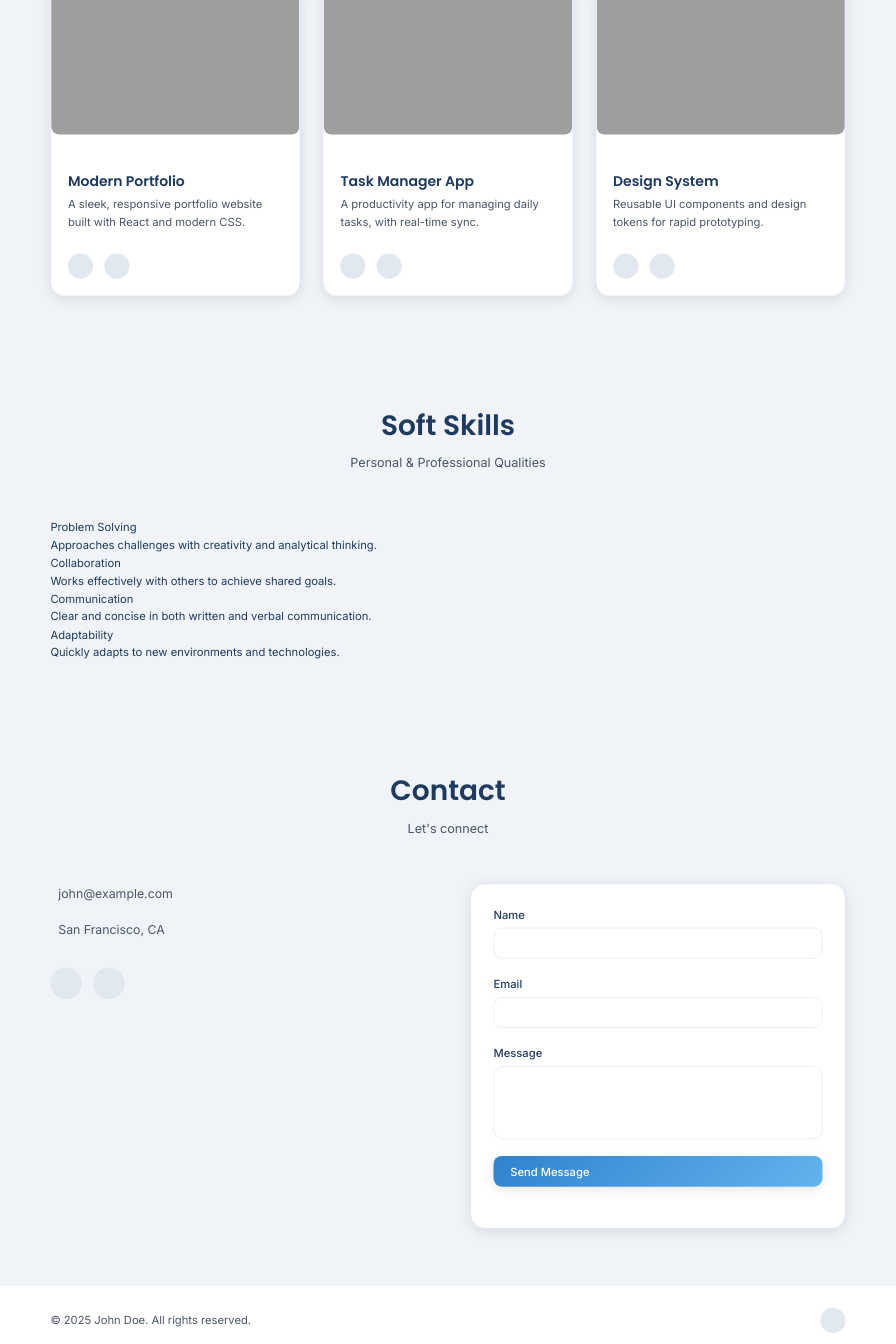
Repository: TharunPathakamuri/Portfolio
Page: index.html
An editor plug-in stored every save of this project. The page is shown before and after the next save, followed by the edit.
The browser window is 1280 px wide. The pictures show the part of the page from y = 2516 to 4436 px (the page is 4436 px tall before and 4416 px after), at 70% of full size.
Pictures or frames that could not be fetched are drawn as grey boxes.

Above is the page before, as saved 2025-07-04 23:37:00.

### index.html
<!DOCTYPE html>
<html lang="en">
  <head>
    <meta charset="UTF-8" />
    <meta name="viewport" content="width=device-width, initial-scale=1.0" />
    <title>Tharun Pathakamuri - Portfolio</title>
    <meta
      name="description"
      content="Personal Portfolio - Modern Web Developer"
    />

    <!-- Google Fonts -->
    <link rel="preconnect" href="https://fonts.googleapis.com" />
    <link rel="preconnect" href="https://fonts.gstatic.com" crossorigin />
    <link
      href="https://fonts.googleapis.com/css2?family=Inter:wght@300;400;500;600;700&family=Poppins:wght@300;400;500;600;700&display=swap"
      rel="stylesheet"
    />

    <!-- Lucide Icons -->
    <link
      rel="stylesheet"
      href="https://cdn.jsdelivr.net/npm/lucide-static@0.292.0/font/lucide.css"
    />

    <!-- Custom CSS -->
    <link rel="stylesheet" href="styles.css" />
    <link rel="shortcut icon" href="favicon.ico" type="image/x-icon" />
  </head>
  <body>
    <!-- Navigation -->
    <nav class="navbar" id="navbar">
      <div class="container">
        <div class="nav-content">
          <div class="nav-logo">
            <h3>Portfolio</h3>
          </div>

          <ul class="nav-menu" id="nav-menu">
            <li><a href="#home" class="nav-link">Home</a></li>
            <li><a href="#about" class="nav-link">About</a></li>
            <li><a href="#skills" class="nav-link">Skills</a></li>
            <li><a href="#projects" class="nav-link">Projects</a></li>
            <li><a href="#experience" class="nav-link">Experience</a></li>
            <li><a href="#contact" class="nav-link">Contact</a></li>
          </ul>

          <div class="nav-actions">
            <button
              class="theme-toggle"
              id="theme-toggle"
              aria-label="Toggle dark mode"
            >
              <i class="lucide lucide-moon"></i>
            </button>

            <button
              class="mobile-menu-toggle"
              id="mobile-menu-toggle"
              aria-label="Toggle mobile menu"
            >
              <i class="lucide lucide-menu"></i>
            </button>
          </div>
        </div>
      </div>
    </nav>

    <!-- Hero Section -->
    <section id="home" class="hero">
      <div class="container">
        <div class="hero-content">
          <div class="hero-text">
            <div class="hero-greeting">
              <span class="wave">👋</span> Hello, I'm
            </div>

            <h1 class="hero-title">
              <span class="name">Tharun Sai Charan Pathakamuri</span>
              <span class="title">Junior Web Developer</span>
            </h1>

            <p class="hero-description">
              I create beautiful, functional, and user-centered digital
              experiences. Passionate about clean code, modern design, and
              innovative solutions.
            </p>

            <div class="hero-actions">
              <button
                class="btn btn-primary"
                onclick="scrollToSection('contact')"
              >
                <i class="lucide lucide-mail"></i>
                Get In Touch
              </button>

              <a
                href="THARUN_PATHAKAMUR_RESUME.pdf"
                class="btn btn-secondary"
                download
              >
                <i class="lucide lucide-download"></i>
                Download Resume
              </a>
            </div>

            <div class="hero-social">
              <a
                href="https://github.com/TharunPathakamuri"
                target="_blank"
                rel="noopener noreferrer"
                class="social-link"
              >
                <i class="lucide lucide-github"></i>
              </a>
              <a
                href="https://www.linkedin.com/in/tharun-pathakamuri/"
                target="_blank"
                rel="noopener noreferrer"
                class="social-link"
              >
                <i class="lucide lucide-linkedin"></i>
              </a>
            </div>
          </div>

          <div class="hero-visual">
            <div class="hero-image">
              <div class="image-placeholder">
                <div class="placeholder-text">JD</div>
              </div>
            </div>
          </div>
        </div>
      </div>
    </section>

    <!-- About Section -->
    <section id="about" class="about section">
      <div class="container">
        <div class="section-header">
          <h2 class="section-title">About Me</h2>
          <p class="section-subtitle">Get to know me better</p>
        </div>

        <div class="about-content">
          <div class="about-text">
            <div class="about-description">
              <p>
                🎓 I’m a B.Tech graduate in Electronics and Communication
                Engineering with a strong interest in web development and Python
                programming.
              </p>

              <p>
                💡 Skilled in HTML, CSS, SQL, and Git, I build
                responsive and user-friendly websites with clean code and
                creative UI.
              </p>

              <p>
               🚀 Currently exploring JavaScript and UI/UX, and
                actively seeking opportunities to contribute to real-world
                projects and grow as a developer.
              </p>
            </div>

            <div class="about-highlights">
              <div class="highlight-item">
                <div class="highlight-icon">
                  <i class="lucide lucide-briefcase"></i>
                </div>
                <div class="highlight-content">
                  <h4 class="highlight-title">Fresher</h4>
                  <p class="highlight-description">Professional Experience</p>
                </div>
              </div>

              <div class="highlight-item">
                <div class="highlight-icon">
                  <i class="lucide lucide-graduation-cap"></i>
                </div>
                <div class="highlight-content">
                  <h4 class="highlight-title">Electronics and Communication
                Engineering</h4>
                  <p class="highlight-description">Bachelor's Degree</p>
                </div>
              </div>

              <div class="highlight-item">
                <div class="highlight-icon">
                  <i class="lucide lucide-map-pin"></i>
                </div>
                <div class="highlight-content">
                  <h4 class="highlight-title">Remote</h4>
                  <p class="highlight-description">Available Worldwide</p>
                </div>
              </div>

              <div class="highlight-item">
                <div class="highlight-icon">
                  <i class="lucide lucide-calendar"></i>
                </div>
                <div class="highlight-content">
                  <h4 class="highlight-title">Available</h4>
                  <p class="highlight-description">For New Projects</p>
                </div>
              </div>
            </div>
          </div>

          <div class="about-visual">
            <div class="about-card">
              <div class="card-header">
                <h3>Personal Info</h3>
              </div>

              <div class="info-list">
                <div class="info-item">
                  <span class="info-label">Name:</span>
                  <span class="info-value">Tharun Sai Charan Pathakamuri</span>
                </div>

                <div class="info-item">
                  <span class="info-label">Email:</span>
                  <span class="info-value">tharunsaicharanpathakamuri@gmail.com</span>
                </div>

                <div class="info-item">
                  <span class="info-label">Location:</span>
                  <span class="info-value">Hyderabad, India</span>
                </div>

                <div class="info-item">
                  <span class="info-label">Languages:</span>
                  <span class="info-value">English, Telugu, Hindi</span>
                </div>
              </div>
            </div>
          </div>
        </div>
      </div>
    </section>

    <!-- Skills Section -->
    <section id="skills" class="skills section">
      <div class="container">
        <div class="section-header">
          <h2 class="section-title">Skills</h2>
          <p class="section-subtitle">Technologies & Tools</p>
        </div>

        <div class="skills-grid">
          <div class="skill-card">
            <div class="skill-icon">
              <i class="lucide lucide-code"></i>
            </div>
            <div class="skill-name">HTML5</div>
          </div>

          <div class="skill-card">
            <div class="skill-icon">
              <i class="lucide lucide-palette"></i>
            </div>
            <div class="skill-name">CSS3</div>
          </div>

          <div class="skill-card">
            <div class="skill-icon">
              <i class="lucide lucide-file-code"></i>
            </div>
            <div class="skill-name">JavaScript</div>
          </div>

          <div class="skill-card">
            <div class="skill-icon">
              <i class="lucide lucide-zap"></i>
            </div>
            <div class="skill-name">React</div>
          </div>


          <div class="skill-card">
            <div class="skill-icon">
              <i class="lucide lucide-database"></i>
            </div>
            <div class="skill-name">SQL</div>
          </div>

          <div class="skill-card">
            <div class="skill-icon">
              <i class="lucide lucide-git-branch"></i>
            </div>
            <div class="skill-name">Git</div>
          </div>
          </div>
          </div>
    </section>

    <!-- Projects Section -->
    <section id="projects" class="projects section">
      <div class="container">
        <div class="section-header">
          <h2 class="section-title">Projects</h2>
          <p class="section-subtitle">Selected Work</p>
        </div>

        <div class="projects-grid">
          <div class="project-card">
            <div class="project-image">
              <img src="https://images.unsplash.com/photo-1461749280684-dccba630e2f6?auto=format&fit=crop&w=400&q=80" alt="Modern Portfolio - Professional workspace with laptop" style="object-fit:cover;width:100%;height:220px;border-radius:12px;" />
            </div>
            <div class="project-content">
              <h3 class="project-title">Modern Portfolio</h3>
              <p class="project-description">
                A sleek, responsive portfolio website built with React and
                modern CSS.
              </p>
              <div class="project-tech">
                <span class="tech-icon"><i class="lucide lucide-zap"></i></span>
                <span class="tech-icon"
                  ><i class="lucide lucide-image"></i
                ></span>
              </div>
              <div class="project-links">
                <a
                  href="https://github.com"
                  target="_blank"
                  rel="noopener noreferrer"
                  class="project-link"
                >
                  <i class="lucide lucide-github"></i>
                </a>
                <a
                  href="#"
                  target="_blank"
                  rel="noopener noreferrer"
                  class="project-link"
                >
                  <i class="lucide lucide-external-link"></i>
                </a>
              </div>
            </div>
          </div>

          <div class="project-card">
            <div class="project-image">
              <img src="https://images.unsplash.com/photo-1519389950473-47ba0277781c?auto=format&fit=crop&w=400&q=80" alt="Task Manager App - Organized desk with productivity tools" style="object-fit:cover;width:100%;height:220px;border-radius:12px;" />
            </div>
            <div class="project-content">
              <h3 class="project-title">Task Manager App</h3>
              <p class="project-description">
                A productivity app for managing daily tasks, with real-time
                sync.
              </p>
              <div class="project-tech">
                <span class="tech-icon"><i class="lucide lucide-zap"></i></span>
                <span class="tech-icon"
                  ><i class="lucide lucide-server"></i
                ></span>
                <span class="tech-icon"
                  ><i class="lucide lucide-database"></i
                ></span>
              </div>
              <div class="project-links">
                <a
                  href="https://github.com"
                  target="_blank"
                  rel="noopener noreferrer"
                  class="project-link"
                >
                  <i class="lucide lucide-github"></i>
                </a>
                <a
                  href="#"
                  target="_blank"
                  rel="noopener noreferrer"
                  class="project-link"
                >
                  <i class="lucide lucide-external-link"></i>
                </a>
              </div>
            </div>
          </div>

          <div class="project-card">
            <div class="project-image">
              <img src="https://images.unsplash.com/photo-1506744038136-46273834b3fb?auto=format&fit=crop&w=400&q=80" alt="Design System - UI design sketches and color swatches" style="object-fit:cover;width:100%;height:220px;border-radius:12px;" />
            </div>
            <div class="project-content">
              <h3 class="project-title">Design System</h3>
              <p class="project-description">
                Reusable UI components and design tokens for rapid prototyping.
              </p>
              <div class="project-tech">
                <span class="tech-icon"
                  ><i class="lucide lucide-image"></i
                ></span>
                <span class="tech-icon"><i class="lucide lucide-zap"></i></span>
              </div>
              <div class="project-links">
                <a
                  href="https://github.com"
                  target="_blank"
                  rel="noopener noreferrer"
                  class="project-link"
                >
                  <i class="lucide lucide-github"></i>
                </a>
                <a
                  href="#"
                  target="_blank"
                  rel="noopener noreferrer"
                  class="project-link"
                >
                  <i class="lucide lucide-external-link"></i>
                </a>
              </div>
            </div>
          </div>
        </div>
      </div>
    </section>

    <!-- Soft Skills Section -->
    <section id="softskills" class="softskills section">
      <div class="container">
        <div class="section-header">
          <h2 class="section-title">Soft Skills</h2>
          <p class="section-subtitle">Personal & Professional Qualities</p>
        </div>
        <div class="softskills-grid">
          <div class="softskill-card">
            <div class="softskill-icon"><i class="lucide lucide-lightbulb"></i></div>
            <div class="softskill-name">Problem Solving</div>
            <div class="softskill-desc">Approaches challenges with creativity and analytical thinking.</div>
          </div>
          <div class="softskill-card">
            <div class="softskill-icon"><i class="lucide lucide-users"></i></div>
            <div class="softskill-name">Collaboration</div>
            <div class="softskill-desc">Works effectively with others to achieve shared goals.</div>
          </div>
          <div class="softskill-card">
            <div class="softskill-icon"><i class="lucide lucide-message-circle"></i></div>
            <div class="softskill-name">Communication</div>
            <div class="softskill-desc">Clear and concise in both written and verbal communication.</div>
          </div>
          <div class="softskill-card">
            <div class="softskill-icon"><i class="lucide lucide-smile"></i></div>
            <div class="softskill-name">Adaptability</div>
            <div class="softskill-desc">Quickly adapts to new environments and technologies.</div>
          </div>
        </div>
      </div>
    </section>

    <!-- Contact Section -->
    <section id="contact" class="contact section">
      <div class="container">
        <div class="section-header">
          <h2 class="section-title">Contact</h2>
          <p class="section-subtitle">Let's connect</p>
        </div>

        <div class="contact-content">
          <div class="contact-info">
            <div class="contact-item">
              <i class="lucide lucide-mail"></i>
              <span>john@example.com</span>
            </div>
            <div class="contact-item">
              <i class="lucide lucide-map-pin"></i>
              <span>San Francisco, CA</span>
            </div>
            <div class="contact-social">
              <a
                href="https://github.com"
                target="_blank"
                rel="noopener noreferrer"
                class="social-link"
              >
                <i class="lucide lucide-github"></i>
              </a>
              <a
                href="https://linkedin.com"
                target="_blank"
                rel="noopener noreferrer"
                class="social-link"
              >
                <i class="lucide lucide-linkedin"></i>
              </a>
            </div>
          </div>

          <form class="contact-form" id="contact-form">
            <div class="form-group">
              <label for="name">Name</label>
              <input id="name" type="text" required />
              <span class="form-error" id="name-error"></span>
            </div>

            <div class="form-group">
              <label for="email">Email</label>
              <input id="email" type="email" required />
              <span class="form-error" id="email-error"></span>
            </div>

            <div class="form-group">
              <label for="message">Message</label>
              <textarea id="message" rows="4" required></textarea>
              <span class="form-error" id="message-error"></span>
            </div>

            <button type="submit" class="btn btn-primary">Send Message</button>
            <div class="form-success" id="form-success"></div>
          </form>
        </div>
      </div>
    </section>

    <!-- Footer -->
    <footer class="footer">
      <div class="container">
        <div class="footer-content">
          <span
            >&copy; <span id="current-year"></span> John Doe. All rights
            reserved.</span
          >
          <button
            class="footer-top"
            onclick="scrollToTop()"
            aria-label="Back to top"
          >
            <i class="lucide lucide-arrow-up"></i>
          </button>
        </div>
      </div>
    </footer>

    <!-- Custom JavaScript -->
    <script src="script.js"></script>
  </body>
</html>

Loaded but not shown: script.js (335 lines, source omitted); styles.css (1099 lines, source omitted)

After the next save:
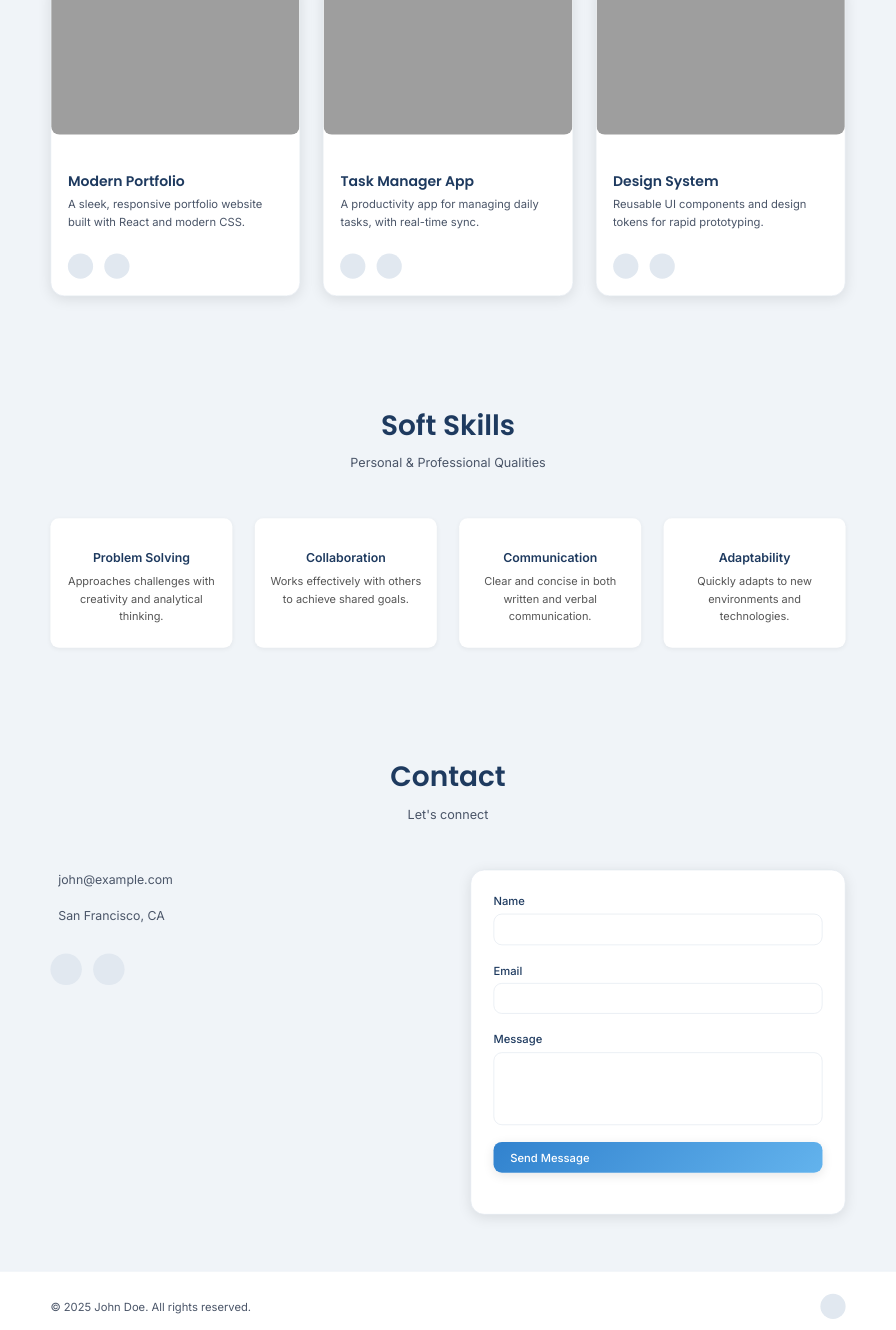
Saved 50 s later.
--- a/index.html
+++ b/index.html
@@ -430,26 +430,26 @@
           <h2 class="section-title">Soft Skills</h2>
           <p class="section-subtitle">Personal & Professional Qualities</p>
         </div>
-        <div class="softskills-grid">
-          <div class="softskill-card">
-            <div class="softskill-icon"><i class="lucide lucide-lightbulb"></i></div>
-            <div class="softskill-name">Problem Solving</div>
-            <div class="softskill-desc">Approaches challenges with creativity and analytical thinking.</div>
-          </div>
-          <div class="softskill-card">
-            <div class="softskill-icon"><i class="lucide lucide-users"></i></div>
-            <div class="softskill-name">Collaboration</div>
-            <div class="softskill-desc">Works effectively with others to achieve shared goals.</div>
-          </div>
-          <div class="softskill-card">
-            <div class="softskill-icon"><i class="lucide lucide-message-circle"></i></div>
-            <div class="softskill-name">Communication</div>
-            <div class="softskill-desc">Clear and concise in both written and verbal communication.</div>
-          </div>
-          <div class="softskill-card">
-            <div class="softskill-icon"><i class="lucide lucide-smile"></i></div>
-            <div class="softskill-name">Adaptability</div>
-            <div class="softskill-desc">Quickly adapts to new environments and technologies.</div>
+        <div class="softskills-grid" style="display: flex; flex-wrap: wrap; justify-content: center; gap: 2rem; margin-top: 2rem;">
+          <div class="softskill-card" style="flex: 1 1 220px; max-width: 260px; min-width: 200px; background: #fff; border-radius: 12px; box-shadow: 0 2px 8px rgba(0,0,0,0.06); padding: 2rem 1.2rem; text-align: center; display: flex; flex-direction: column; align-items: center;">
+            <div class="softskill-icon" style="font-size:2.2rem; color:#6c63ff; margin-bottom:0.7rem;"><i class="lucide lucide-lightbulb"></i></div>
+            <div class="softskill-name" style="font-weight:600; font-size:1.1rem; margin-bottom:0.4rem;">Problem Solving</div>
+            <div class="softskill-desc" style="font-size:0.98rem; color:#555;">Approaches challenges with creativity and analytical thinking.</div>
+          </div>
+          <div class="softskill-card" style="flex: 1 1 220px; max-width: 260px; min-width: 200px; background: #fff; border-radius: 12px; box-shadow: 0 2px 8px rgba(0,0,0,0.06); padding: 2rem 1.2rem; text-align: center; display: flex; flex-direction: column; align-items: center;">
+            <div class="softskill-icon" style="font-size:2.2rem; color:#6c63ff; margin-bottom:0.7rem;"><i class="lucide lucide-users"></i></div>
+            <div class="softskill-name" style="font-weight:600; font-size:1.1rem; margin-bottom:0.4rem;">Collaboration</div>
+            <div class="softskill-desc" style="font-size:0.98rem; color:#555;">Works effectively with others to achieve shared goals.</div>
+          </div>
+          <div class="softskill-card" style="flex: 1 1 220px; max-width: 260px; min-width: 200px; background: #fff; border-radius: 12px; box-shadow: 0 2px 8px rgba(0,0,0,0.06); padding: 2rem 1.2rem; text-align: center; display: flex; flex-direction: column; align-items: center;">
+            <div class="softskill-icon" style="font-size:2.2rem; color:#6c63ff; margin-bottom:0.7rem;"><i class="lucide lucide-message-circle"></i></div>
+            <div class="softskill-name" style="font-weight:600; font-size:1.1rem; margin-bottom:0.4rem;">Communication</div>
+            <div class="softskill-desc" style="font-size:0.98rem; color:#555;">Clear and concise in both written and verbal communication.</div>
+          </div>
+          <div class="softskill-card" style="flex: 1 1 220px; max-width: 260px; min-width: 200px; background: #fff; border-radius: 12px; box-shadow: 0 2px 8px rgba(0,0,0,0.06); padding: 2rem 1.2rem; text-align: center; display: flex; flex-direction: column; align-items: center;">
+            <div class="softskill-icon" style="font-size:2.2rem; color:#6c63ff; margin-bottom:0.7rem;"><i class="lucide lucide-smile"></i></div>
+            <div class="softskill-name" style="font-weight:600; font-size:1.1rem; margin-bottom:0.4rem;">Adaptability</div>
+            <div class="softskill-desc" style="font-size:0.98rem; color:#555;">Quickly adapts to new environments and technologies.</div>
           </div>
         </div>
       </div>
